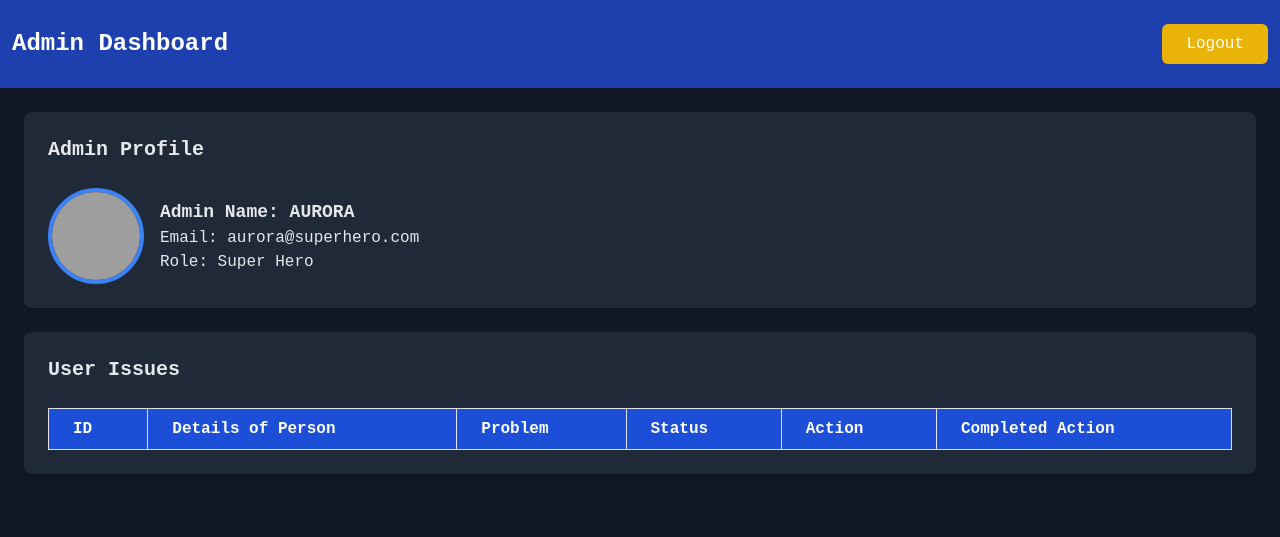
Repository: SHANANP-0931/superhero
Page: /admin/dashboard (app in superhero/)
The author's editor kept a copy of each file at every save. The page is drawn from the files as they stood at one save, then again after the next save.
The browser window is 1280 px wide. The pictures show the whole page.
Pictures or frames that could not be fetched are drawn as grey boxes. The page's requests for data from a server got no answer. Some web libraries are served in a nearby version. The project was rebuilt for these pictures with package versions that can differ from the ones it lists, and the page was loaded fresh each time. No one was signed in, and anything a server would have sent is missing. Also part of the build but not shown: superhero/vite.config.js, superhero/src/components/Header.jsx, superhero/src/pages/Home.jsx, superhero/src/pages/About.jsx, superhero/src/pages/Grievance.jsx, superhero/src/services/commonapi.js, superhero/src/services/serverurl.js, superhero/src/services/allapi.js and 1 more.

Above is the page before, as saved 2024-11-20 18:03:04.

After the next save:
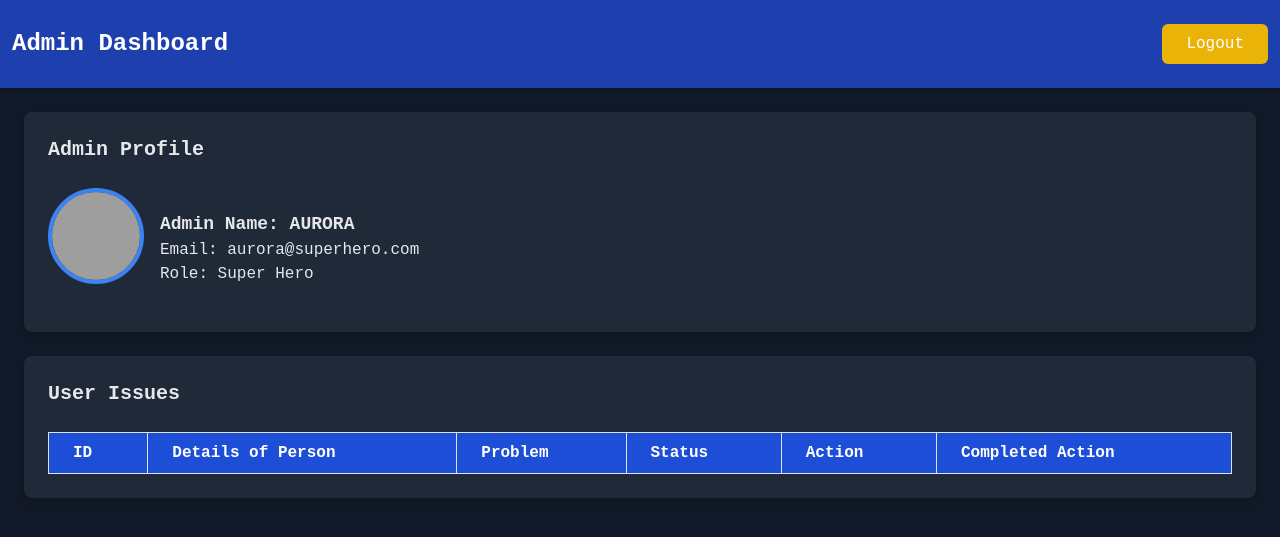
Saved 111 s later.
--- a/superhero/src/pages/admin/DashBoard.jsx
+++ b/superhero/src/pages/admin/DashBoard.jsx
@@ -96,11 +96,11 @@
             <div className="container mx-auto py-6 px-4">
                 <div className="bg-gray-800 rounded-lg p-6 shadow-md mb-6">
                     <h2 className="text-xl font-bold mb-4">Admin Profile</h2>
-                    <div className="flex items-center space-x-4">
+                    <div className="flex flex-col sm:flex-row sm:items-center sm:space-x-4">
                         <img
                             src="https://i.pinimg.com/originals/0c/9f/76/0c9f76aeaeb7ce1fb2ab877a626f626b.png"
                             alt="Admin Profile"
-                            className="w-24 h-24 rounded-full border-4 border-blue-500"
+                            className="w-24 h-24 rounded-full border-4 border-blue-500 mb-4 sm:mb-0"
                         />
                         <div>
                             <h3 className="text-lg font-semibold">Admin Name: AURORA</h3>

After the save that followed:
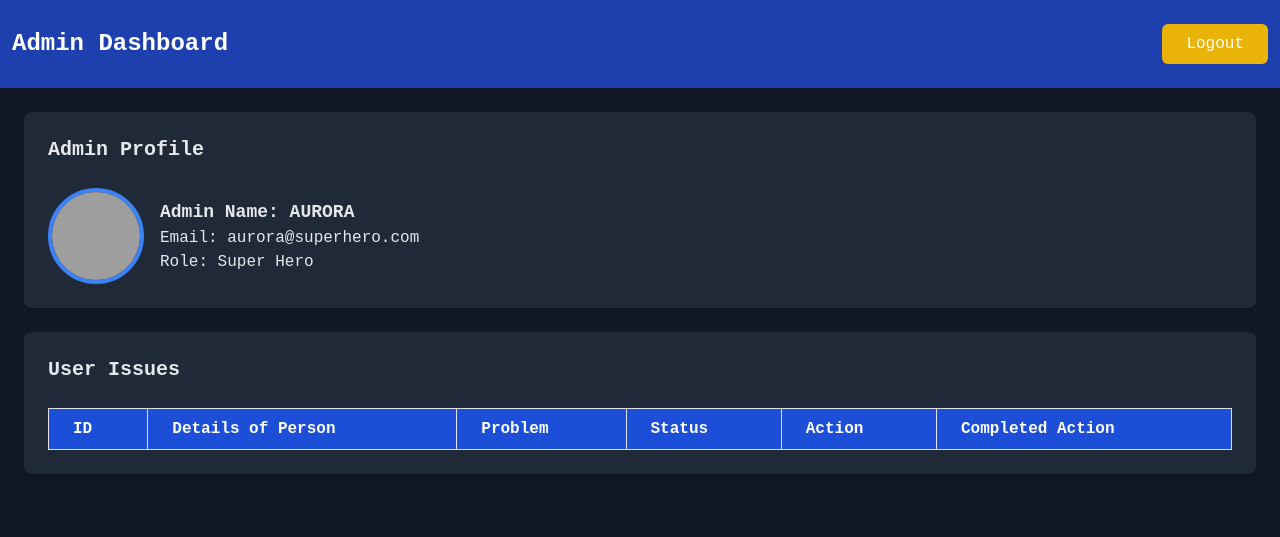
Saved 49 s later.
--- a/superhero/src/pages/admin/DashBoard.jsx
+++ b/superhero/src/pages/admin/DashBoard.jsx
@@ -96,11 +96,11 @@
             <div className="container mx-auto py-6 px-4">
                 <div className="bg-gray-800 rounded-lg p-6 shadow-md mb-6">
                     <h2 className="text-xl font-bold mb-4">Admin Profile</h2>
-                    <div className="flex flex-col sm:flex-row sm:items-center sm:space-x-4">
+                    <div className="flex items-center space-x-4">
                         <img
                             src="https://i.pinimg.com/originals/0c/9f/76/0c9f76aeaeb7ce1fb2ab877a626f626b.png"
                             alt="Admin Profile"
-                            className="w-24 h-24 rounded-full border-4 border-blue-500 mb-4 sm:mb-0"
+                            className="w-24 h-24 rounded-full border-4 border-blue-500"
                         />
                         <div>
                             <h3 className="text-lg font-semibold">Admin Name: AURORA</h3>
